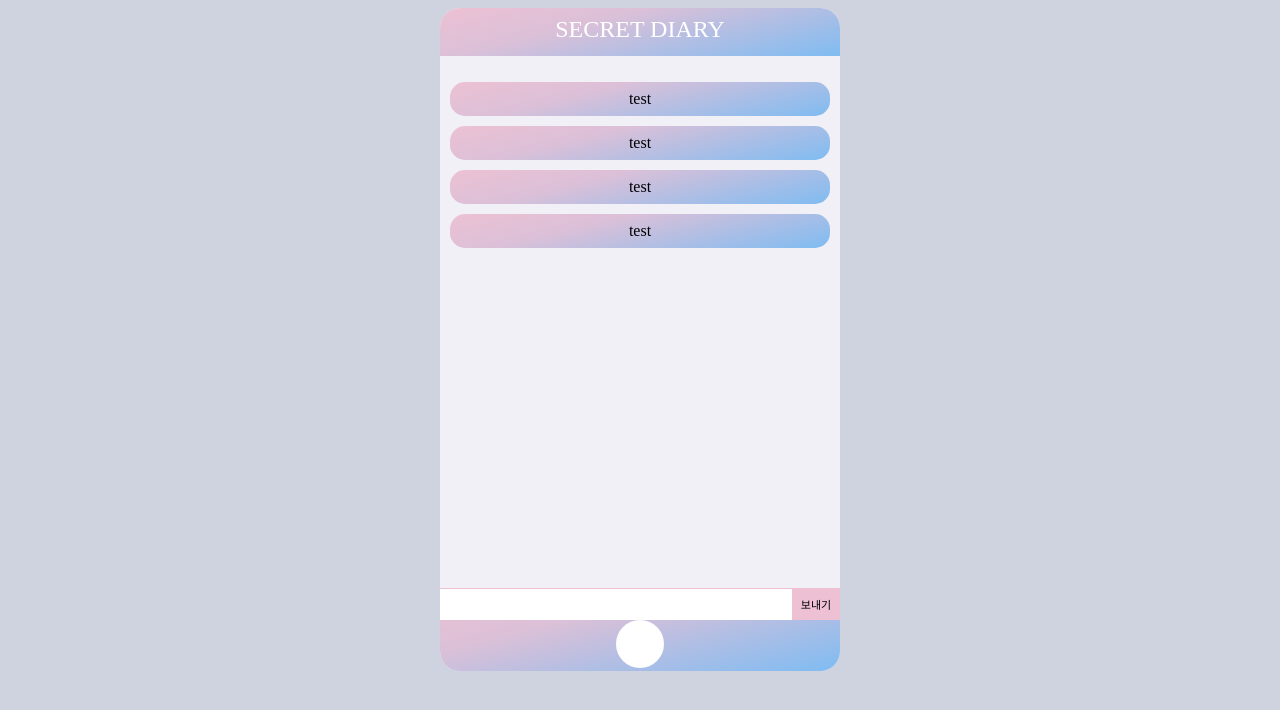
Repository: jinhee196/diary
Page: index.html
The author's editor kept a copy of each file at every save. The page is drawn from the files as they stood at one save, then again after the next save.
The browser window is 1280 px wide. The pictures show the whole page.

Above is the page before, as saved 2021-06-03 20:24:14.

### index.html
<!DOCTYPE html>
<html lang="ko">
<head>
    <meta charset="UTF-8">
    <meta http-equiv="X-UA-Compatible" content="IE=edge">
    <meta name="viewport" content="width=device-width, initial-scale=1.0">
    <title>secret Note</title>
    <link rel="stylesheet" href="style.css">
</head>
<body>
    <div class="container">
      <header class="header">SECRET DIARY</header>
      <ul class="items">
        <li class="item">test</li>
        <li class="item">test</li>
        <li class="item">test</li>
        <li class="item">test</li>
      </ul>
      <footer class="footer">
        <input type="text" class="footer__input" />
        <button class="footer__submit">보내기</button>
        <button class="footer__button">
          <i class="fas fa-plus"></i>
        </button>
      </footer>
    </div>
</body>
</html>

### style.css
* {
  box-sizing: border-box;
}
ul {
  padding: 0;
}

button {
  outline: none;
  background: transparent;
  border: none;
  cursor: pointer;
}
body {
  background-color: #ced3df;
  text-align: center;
}

.container {
  width: 400px;
  margin: auto;
  background-color: #f1f0f7;
  border-radius: 20px;
}

.header {
  height: 48px;
  padding: 8px;
  font-size: 24px;
  background: rgba(237, 193, 211);

  background: linear-gradient(
    166deg,
    rgba(237, 193, 211, 1) 0%,
    rgba(219, 192, 216, 1) 35%,
    rgba(127, 188, 242, 1) 100%
  );
  border-radius: 20px 20px 0 0;
  color: #fff;
}

.items {
  height: 500px;
  overflow-y: auto;
}

.item {
  padding: 8px 15px;
  margin: 10px;
  border-radius: 15px;
  background: rgba(237, 193, 211);
  background: linear-gradient(
    166deg,
    rgba(237, 193, 211, 1) 0%,
    rgba(219, 192, 216, 1) 35%,
    rgba(127, 188, 242, 1) 100%
  );
}

.item__delete {
  font-size: 16px;
  transition: all 300ms ease-in;
}

.item__delete:hover {
  color: red;
  transform: scale(1.1);
}

.item__divider {
  width: 90%;
  height: 1px;
  background-color: lightgray;
  margin: auto;
}

.footer {
  background: rgba(237, 193, 211);

  background: linear-gradient(
    166deg,
    rgba(237, 193, 211, 1) 0%,
    rgba(219, 192, 216, 1) 35%,
    rgba(127, 188, 242, 1) 100%
  );
  border-radius: 0 0 20px 20px;
}

.footer__input {
  width: 88%;
  height: 32px;
  border: none;
  outline: none;
  font-size: 14px;
  font-weight: 400;
  padding: 0 16px;
  float: left;
  border-top: 1px solid rgba(237, 193, 211);
}

.footer__submit {
  width: 12%;
  height: 32px;
  float: right;
  background-color: rgba(237, 193, 211);
  font-size: 11px;
  padding: 0;
}
.footer__button {
  width: 48px;
  height: 48px;
  background-color: #fff;
  border-radius: 50%;
  color: #fff;
  font-size: 28px;
  transition: transform 300ms ease-in;
}

.footer__button:hover {
  transform: scale(1.1);
}

After the next save:
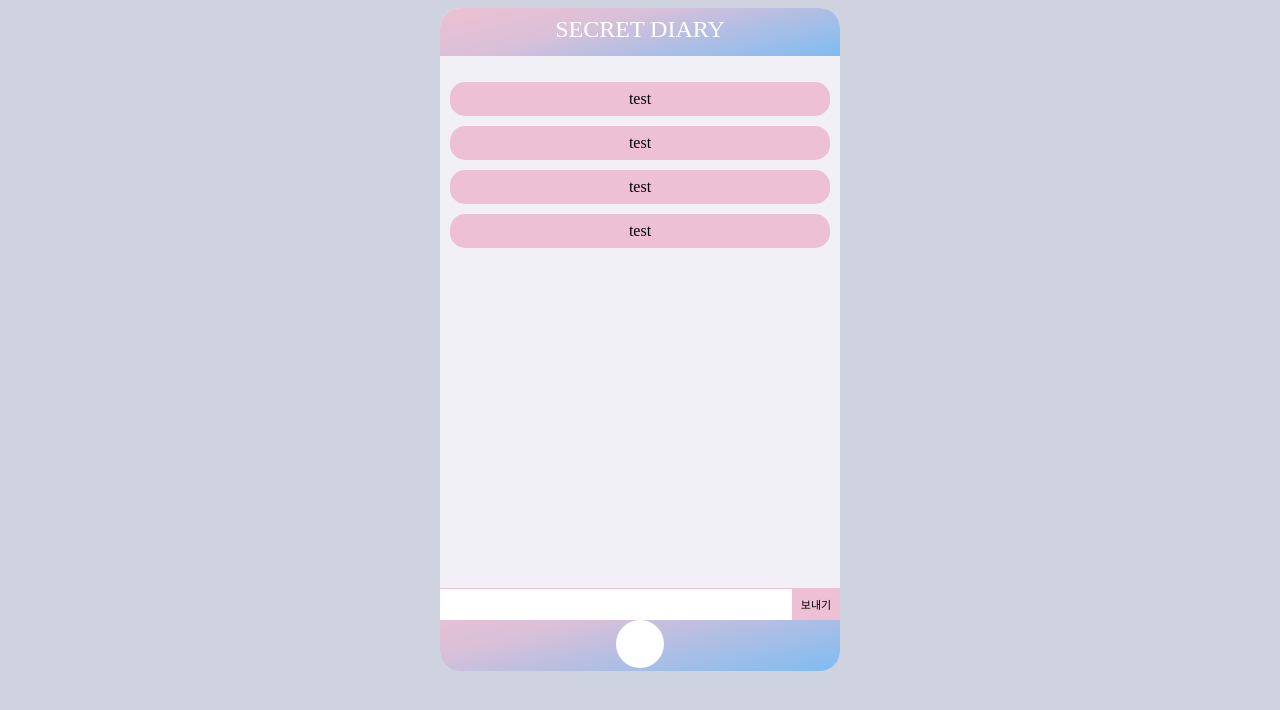
Saved 89 s later.
--- a/style.css
+++ b/style.css
@@ -49,12 +49,6 @@ body {
   margin: 10px;
   border-radius: 15px;
   background: rgba(237, 193, 211);
-  background: linear-gradient(
-    166deg,
-    rgba(237, 193, 211, 1) 0%,
-    rgba(219, 192, 216, 1) 35%,
-    rgba(127, 188, 242, 1) 100%
-  );
 }
 
 .item__delete {
